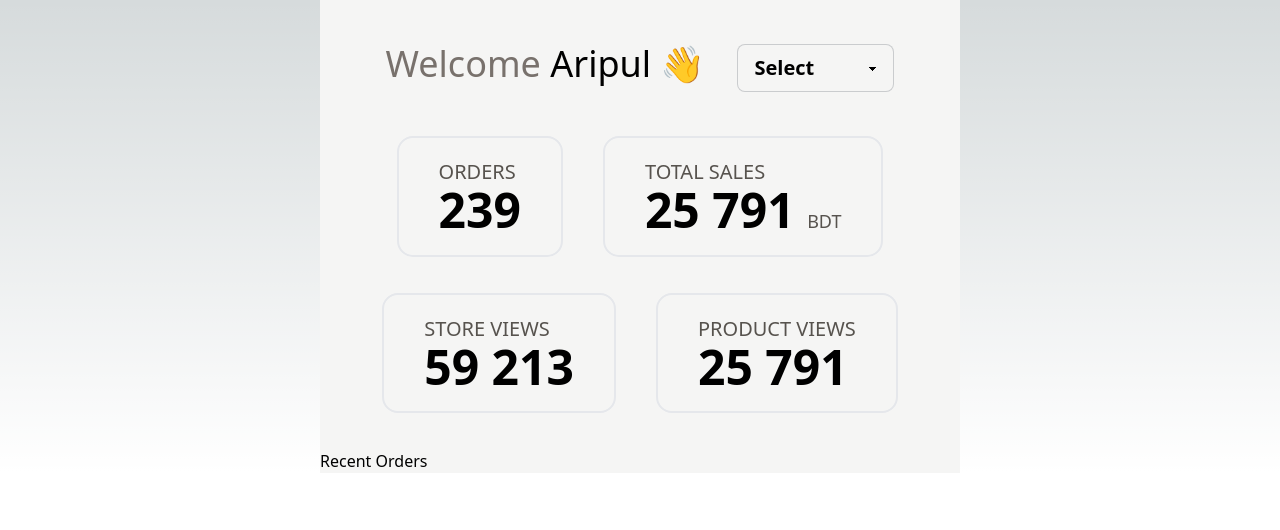
Repository: mehedi9465/nextapp
Page: /Dashboard
The author's editor kept a copy of each file at every save. The page is drawn from the files as they stood at one save, then again after the next save.
The browser window is 1280 px wide. The pictures show the whole page.
The project was rebuilt for these pictures with package versions that can differ from the ones it lists, and the page was loaded fresh each time. The framework's server and built-in components were replaced by stand-ins that run in the browser. Also part of the build but not shown: next.config.js, Components/Navbar.js.

Above is the page before, as saved 2023-03-04 15:52:34.

### pages/Dashboard/index.js
import Navbar from "@/Components/Navbar";
import Link from "next/link";
import React from "react";

const index = () => {
  return (
    <>
      {/* <Navbar></Navbar> */}

      <div className="max-w-screen-sm mx-auto bg-stone-100 text-black overflow-hidden">
        <div className="flex justify-center py-2 my-9">
          <p className="text-4xl mx-4">
            <span className="text-stone-500">Welcome</span> Aripul 👋
          </p>
          <select className="select select-bordered text-xl max-w-xs bg-stone-100 outline-0 mx-4">
            <option disabled selected>
              Select
            </option>
            <option>Today</option>
            <option>Yesterday</option>
          </select>
        </div>
        <div className="flex justify-center my-9">
          <div className="border-2 rounded-2xl justify-start mx-5 px-10 py-5">
            <p className="uppercase text-stone-600 font-normal text-xl">
              Orders
            </p>
            <p className="text-5xl font-bold">239</p>
          </div>
          <div className="border-2 rounded-2xl justify-start mx-5 px-10 py-5 text-left">
            <p className="uppercase text-stone-600 font-normal text-xl">
              Total Sales
            </p>
            <p className="text-5xl font-bold">
              25 791{" "}
              <span className="text-stone-600 font-medium text-lg">BDT</span>
            </p>
          </div>
        </div>
        <div className="flex justify-center my-9">
          <div className="border-2 rounded-2xl justify-start mx-5 px-10 py-5">
            <p className="uppercase text-stone-600 font-normal text-xl">
              Store views
            </p>
            <p className="text-5xl font-bold">59 213</p>
          </div>
          <div className="border-2 rounded-2xl justify-start mx-5 px-10 py-5 text-left">
            <p className="uppercase text-stone-600 font-normal text-xl">
              Product views
            </p>
            <p className="text-5xl font-bold">25 791</p>
          </div>
        </div>
        <div>
          <h1 className="5xl">Recent Orders</h1>
        </div>
      </div>
    </>
  );
};

export default index;

Loaded but not shown: pages/_app.js (common file); pages/_document.js (common file); styles/globals.css (common file); tailwind.config.js (common file)

After the next save:
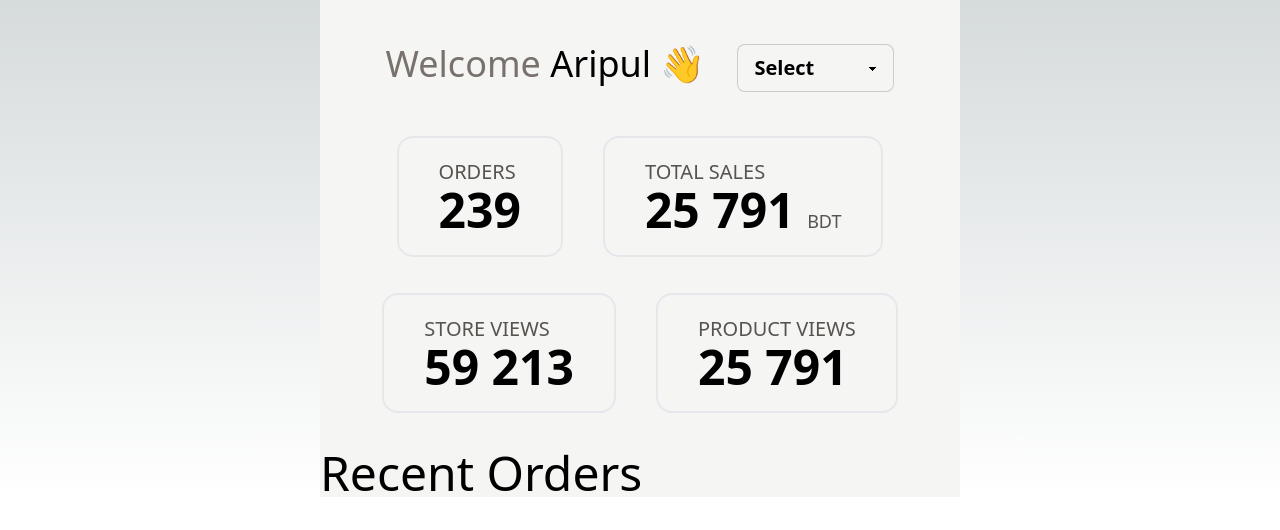
Saved 4 s later.
--- a/pages/Dashboard/index.js
+++ b/pages/Dashboard/index.js
@@ -52,7 +52,7 @@ const index = () => {
           </div>
         </div>
         <div>
-          <h1 className="5xl">Recent Orders</h1>
+          <h1 className="text-5xl">Recent Orders</h1>
         </div>
       </div>
     </>
